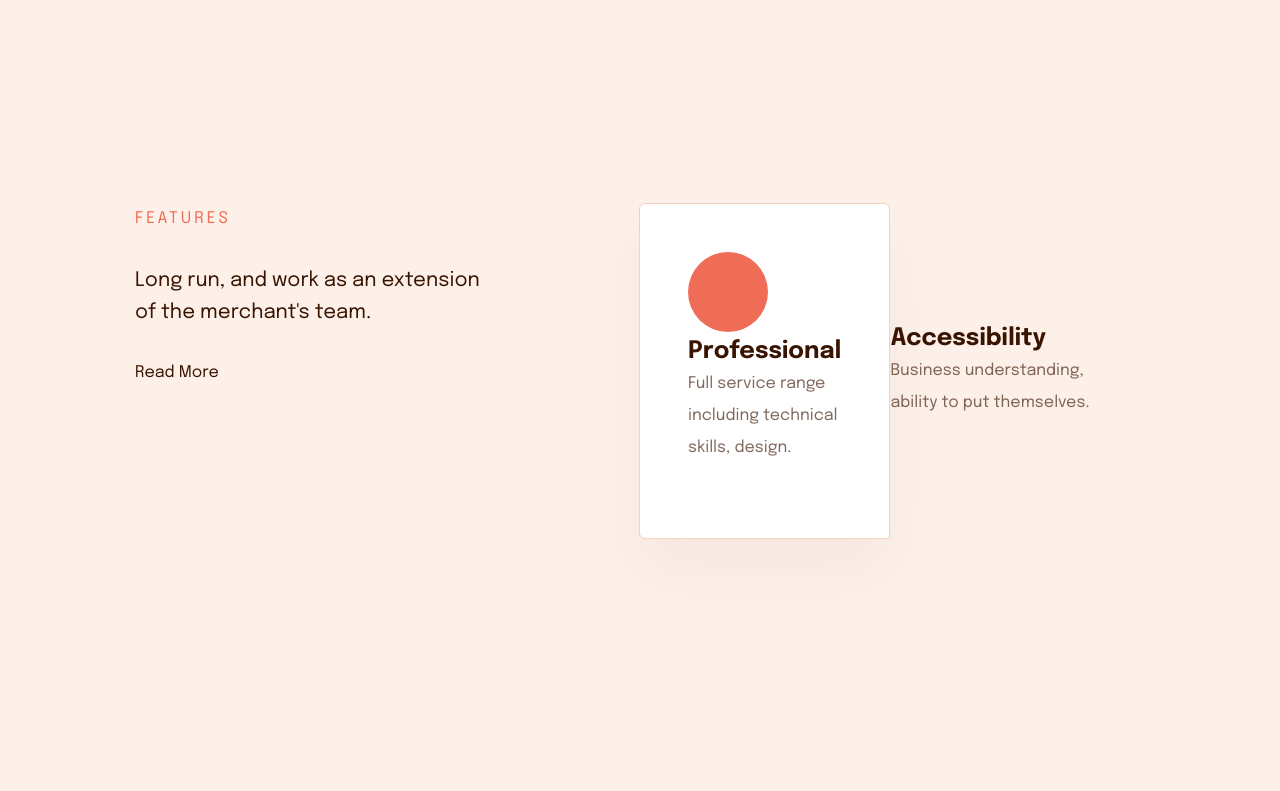
Repository: kubrazamanova/Project-7
Page: index.html
These files come from the project's save history. The page is drawn as it stood at one moment and after the next save; the edit follows.
The browser window is 1280 px wide. The pictures show the whole page.

Above is the page before, as saved 2023-09-23 10:34:43.

After the next save:
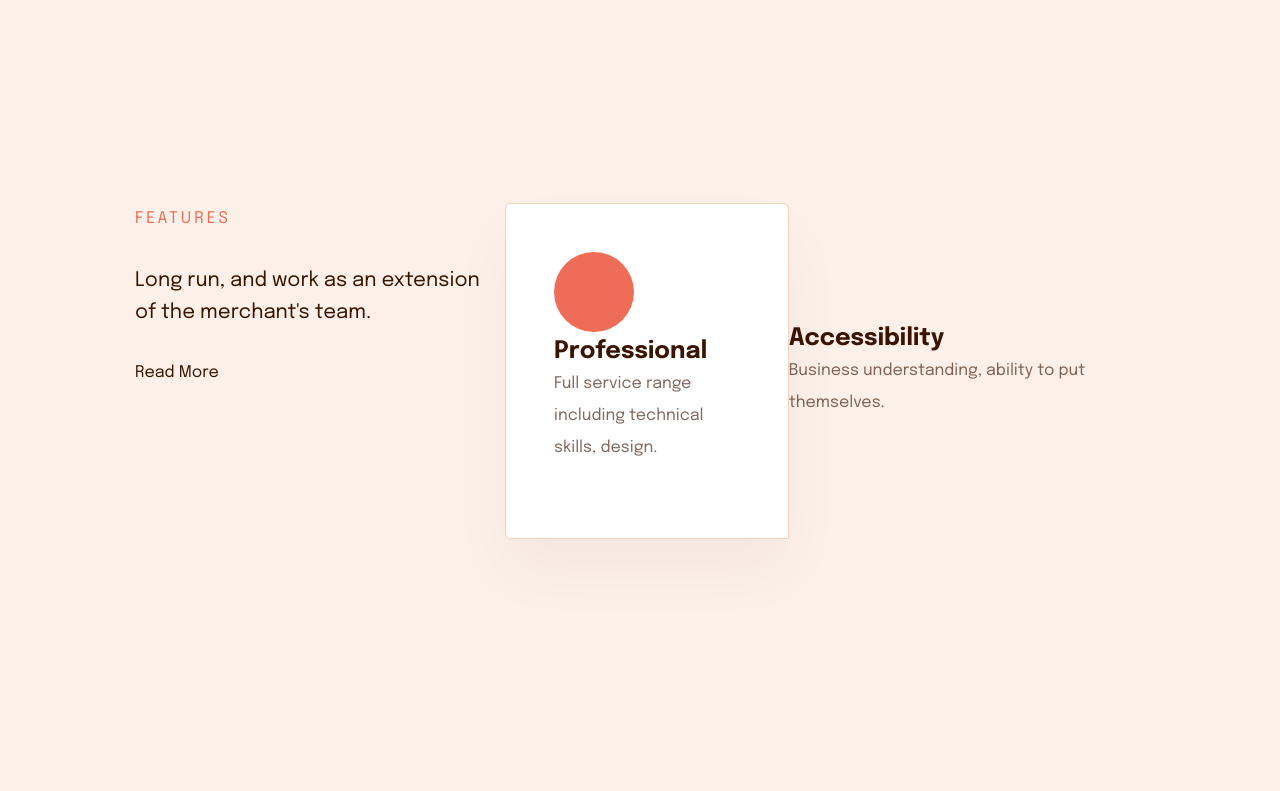
Saved 21 s later.
--- a/index.css
+++ b/index.css
@@ -49,7 +49,7 @@
   text-decoration: none;
 }
 ul {
-  padding: 0 134px;
+  /* padding: 0 134px; */
   display: flex;
   align-items: center;
 }
